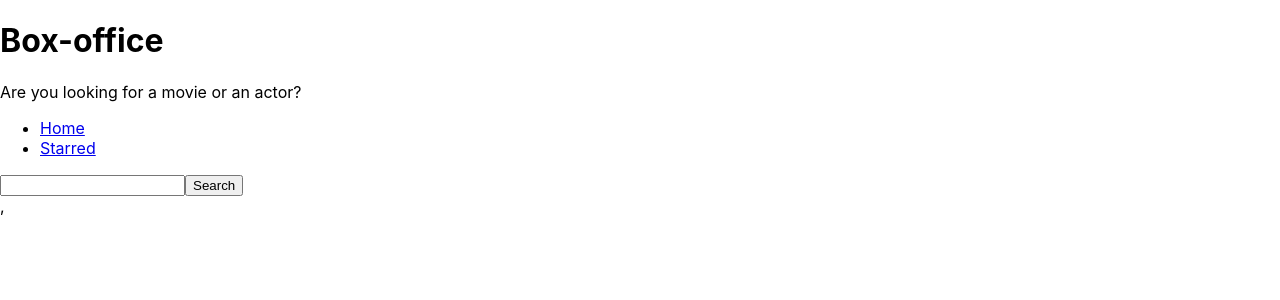
Repository: AishwaryaPandey987/Box-office-app
Page: /#/
An editor plug-in stored every save of this project. The page is shown before and after the next save, followed by the edit.
The browser window is 1280 px wide. The pictures show the whole page.
The project was rebuilt for these pictures with package versions that can differ from the ones it lists, and the page was loaded fresh each time. A package was used in the major version that the imports need, not the one package.json lists. Also part of the build but not shown: src/pages/starred.js.

Above is the page before, as saved 2022-02-15 22:04:10.

After the next save:
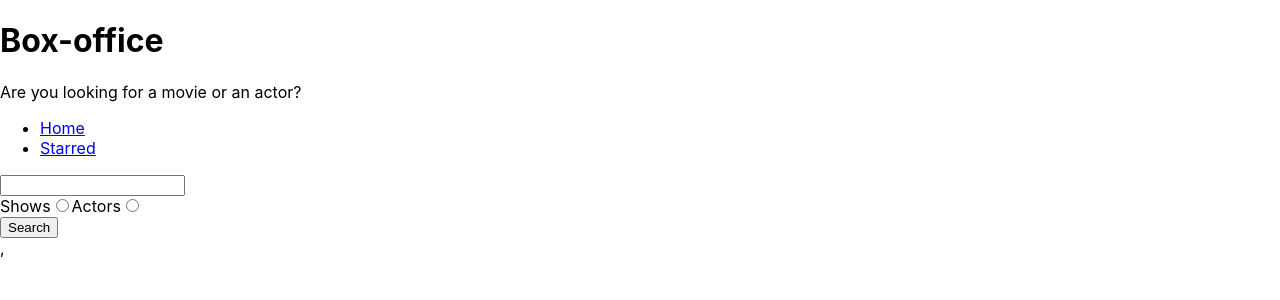
Saved 2 h 2 min later.
--- a/src/pages/Home.js
+++ b/src/pages/Home.js
@@ -1,3 +1,4 @@
+/* eslint-disable jsx-a11y/label-has-associated-control */
 /* eslint-disable no-use-before-define */
 /* eslint-disable no-unused-expressions */
 /* eslint-disable no-undef */
@@ -52,8 +53,28 @@ const renderResults =() => {
 
   return (
     <MainpageLayout>
-     <input type="text" onChange={onInputchange} onKeyDown={onKeyDown} value={input}/>
-      <button type="button" onClick={onsearch} >
+     <input type="text"
+     placeholder = "Search for something"
+     onChange={onInputchange}
+     onKeyDown={onKeyDown}
+     value={input}/>
+
+     <div>
+
+       <label htmlFor="shows-search">
+         Shows
+     <input  id = "shows-search"type ="radio"/>
+       </label>
+
+       <label htmlFor ="actors-search">
+         Actors
+     <input id ="actors-search" type ="radio"/>
+       </label>
+     </div>
+
+
+      <button type="button"
+      onClick={onsearch} >
         Search</button>
         {renderResults()}
       </MainpageLayout>
